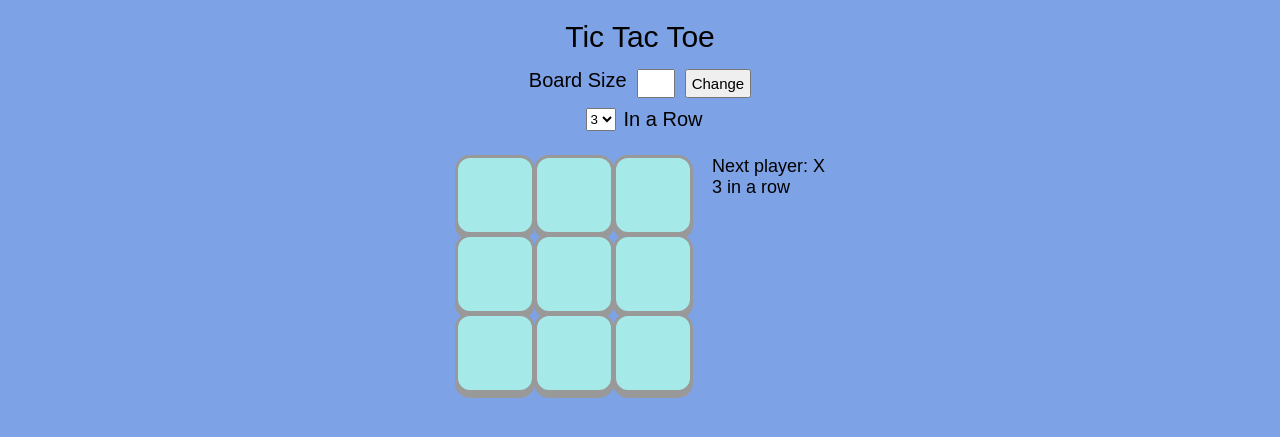
Repository: yshong211/tic-tac-toe-0708
Page: /
An editor plug-in stored every save of this project. The page is shown before and after a run of saves, followed by the edit.
The browser window is 1280 px wide. The pictures show the whole page.
The project was rebuilt for these pictures with package versions that can differ from the ones it lists, and the page was loaded fresh each time.

Above is the page before, as saved 2020-07-09 10:23:51.

After the next 2 saves:
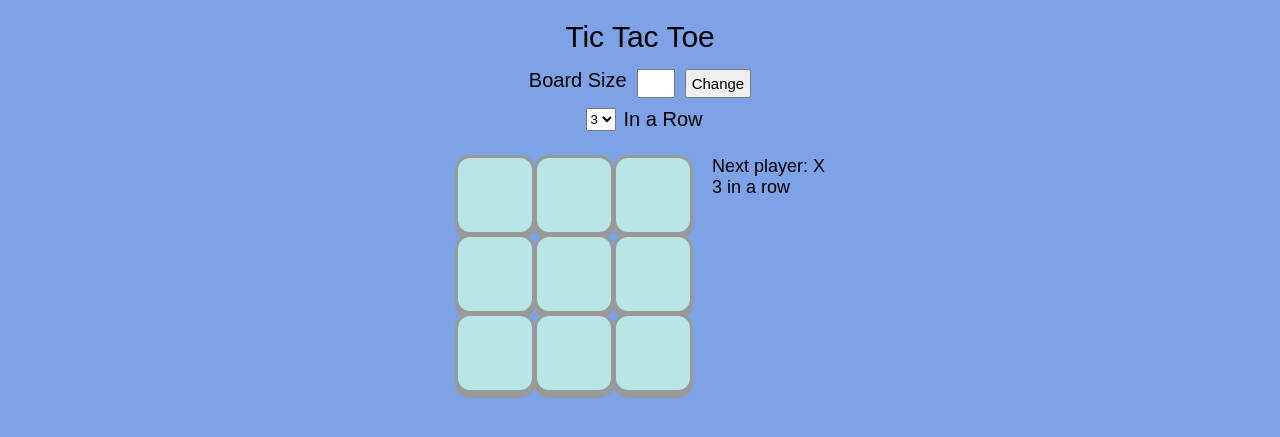
The 2 saves are shown as one change because they came seconds apart.
The last was saved 6 s later.
--- a/src/components/square/square.css
+++ b/src/components/square/square.css
@@ -1,6 +1,6 @@
 .square {
   display: inline-block;
-  background: rgb(166, 233, 233);
+  background: rgb(184, 230, 230);
   border: 3px solid #999;
   float: left;
   font-size: 60px;
